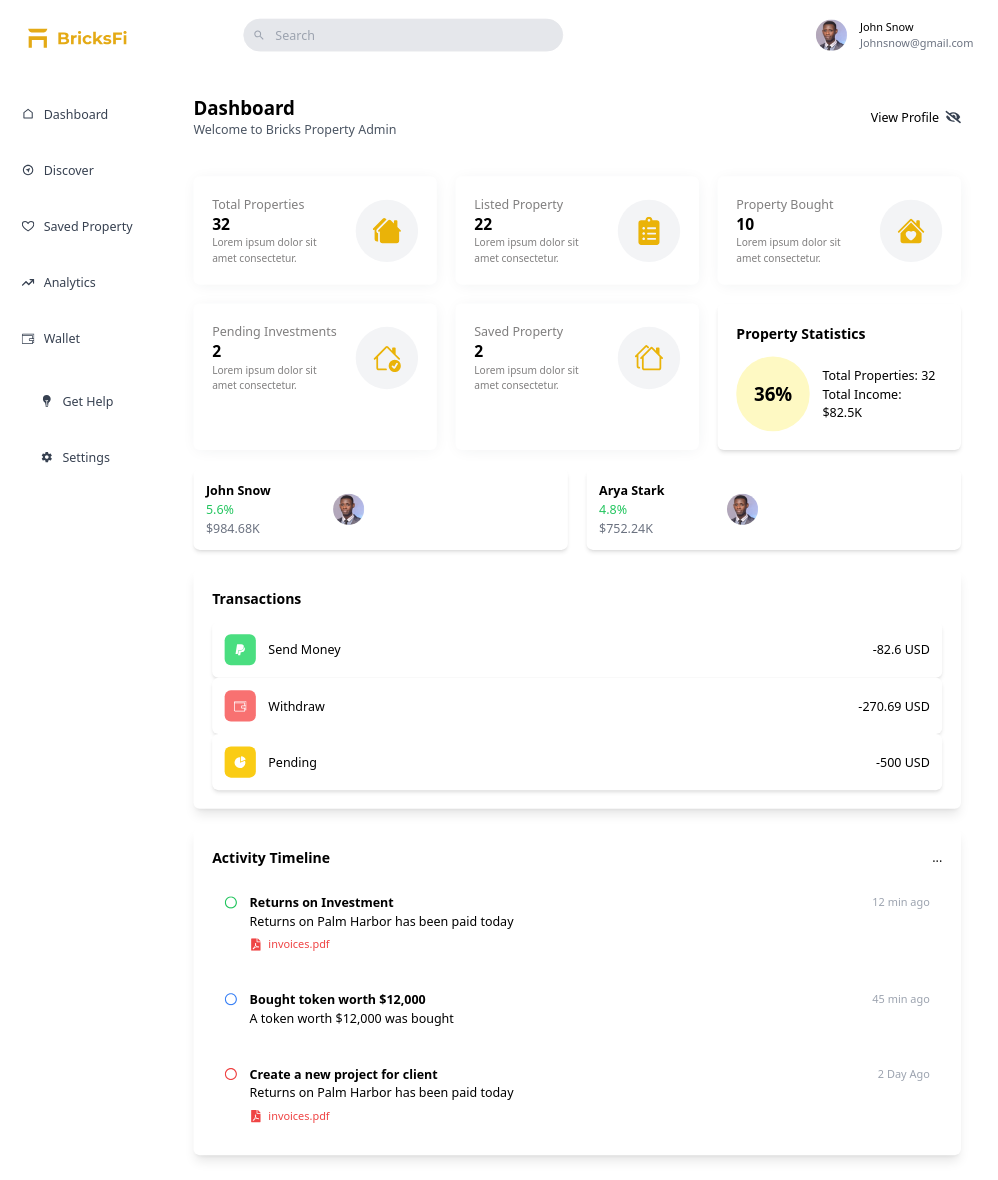
Repository: AyomideAkintade/BricksFi-Frontend
Page: /dashboard (app in client/)
The author's editor kept a copy of each file at every save. The page is drawn from the files as they stood at one save, then again after a run of saves.
The browser window is 1280 px wide. The pictures show the whole page, at 78% of full size.
The page's requests for data from a server got no answer. The project was rebuilt for these pictures with package versions that can differ from the ones it lists, and the page was loaded fresh each time. No one was signed in, and anything a server would have sent is missing. Also part of the build but not shown: client/src/components/navbar.jsx, client/src/components/home.jsx, client/src/components/homeSecond.jsx, client/src/components/homeThird.jsx, client/src/components/homeFifth.jsx, client/src/components/homeSixth.jsx, client/src/components/homeSeventh.jsx, client/src/api/base.js and 11 more.

Above is the page before, as saved 2024-10-04 23:18:00.

After the next 2 saves:
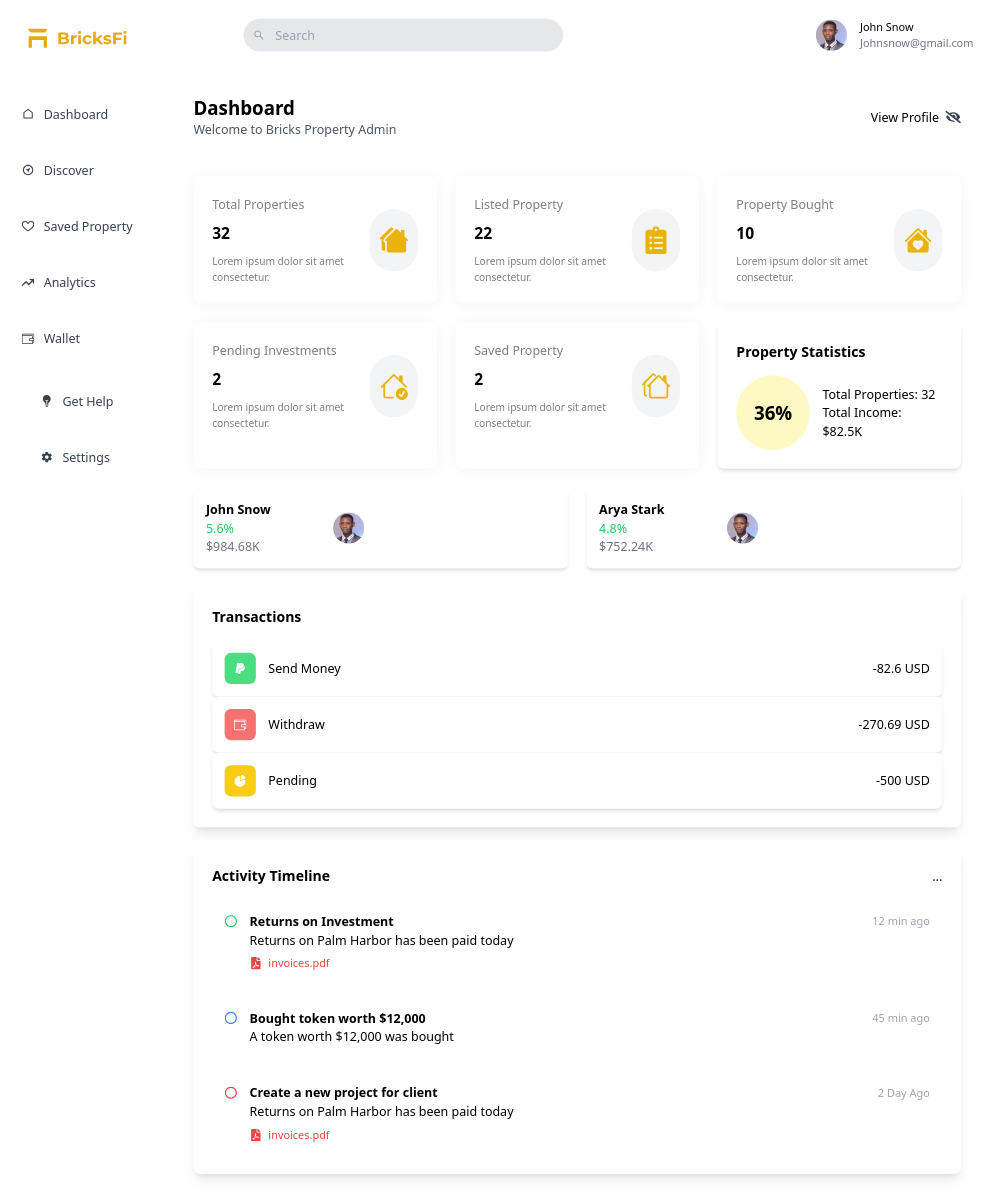
The 2 saves are shown as one change because they came seconds apart.
The last was saved 18 s later.
--- a/client/src/components/statCard.jsx
+++ b/client/src/components/statCard.jsx
@@ -6,8 +6,8 @@ import PropertyStatistics from '../components/propertyStatistic';
 const StatCard = ({ title, value, icon, paragraph }) => {
     return (
         <div className="bg-white rounded-lg p-6 flex flex-col justify-between" style={{boxShadow: "1px 2px 20px -4px #22303E14"}}>
-            <div className="flex items-center gap-4">
-                <div className="flex-1">
+            <div className="flex items-center gap-3">
+                <div className="flex flex-col gap-3">
                     <h3 className="text-[#807F7F]">{title}</h3>
                     <h2 className="text-xl font-semibold">{value}</h2>
                     <p className="text-[13px] text-[#807F7F]">{paragraph}</p>
